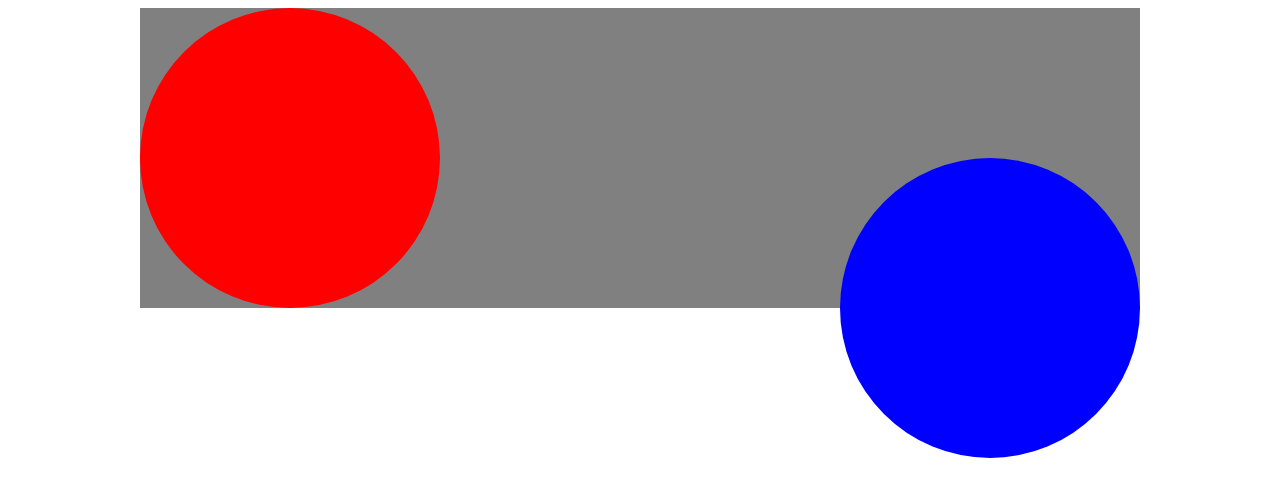
Repository: dovanluyen1996/Test-Git-PR
Page: index.html
The author's editor kept a copy of each file at every save. The page is drawn from the files as they stood at one save, then again after the next save.
The browser window is 1280 px wide. The pictures show the whole page.

Above is the page before, as saved 2021-09-06 23:17:46.

After the next save:
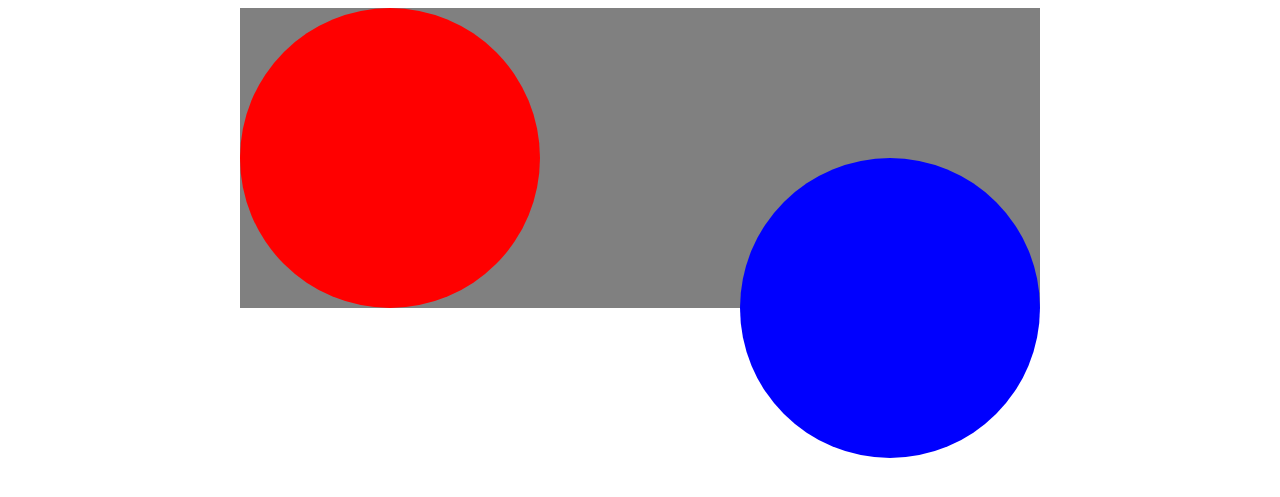
Saved 13 s later.
--- a/css/style.css
+++ b/css/style.css
@@ -1,7 +1,7 @@
 body {
 }
 .container {
-  width: 1000px;
+  width: 800px;
   margin: 0 auto;
   position: relative;
   background-color: grey;
